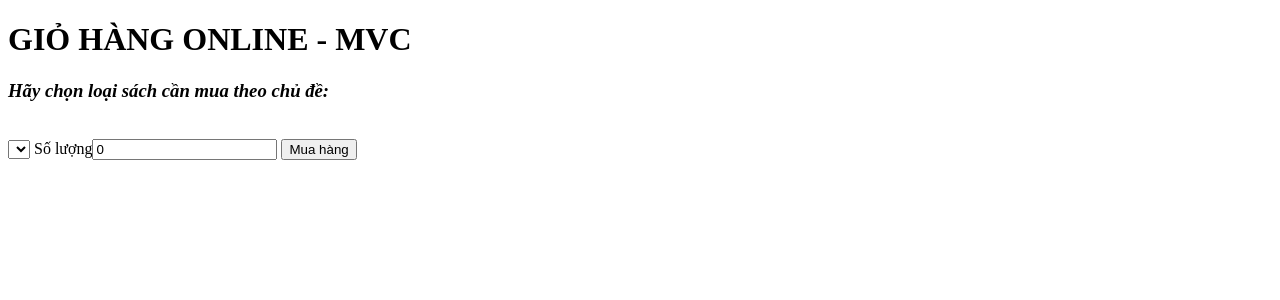
Repository: trangtruc/Java_NangCao
Page: http://localhost/Demo_Database/Myeshop.jsp
These files come from the project's save history. The page is drawn as it stood at one moment and after the next save; the edit follows.
The browser window is 1280 px wide. The pictures show the whole page.
The page is served by Tomcat 9. Queries for data that is not in the repository find no rows.

Above is the page before, as saved 2017-03-11 17:37:18.

After the next save:
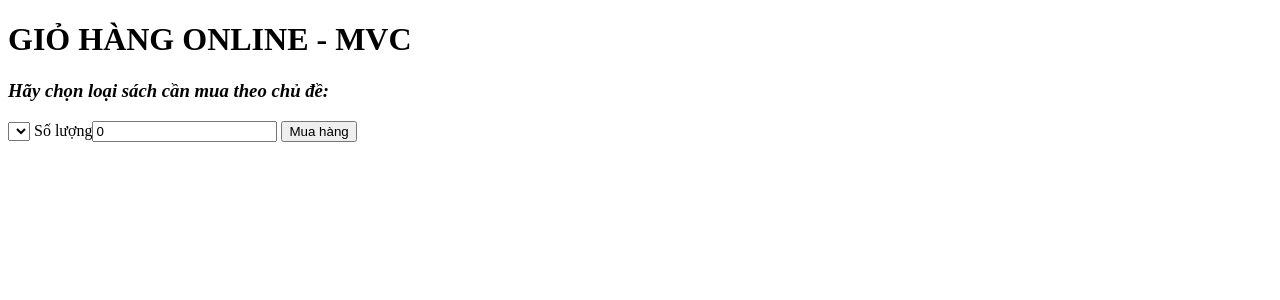
Saved 8 s later.
--- a/Buoi4/Demo_Database/WebContent/Myeshop.jsp
+++ b/Buoi4/Demo_Database/WebContent/Myeshop.jsp
@@ -25,7 +25,7 @@
         <form action="Access" method="post">
             <h3><i>Hãy chọn loại sách cần mua theo chủ đề:
             </i></h3>
-            </br>
+
 
 
             <select name="monhang">
